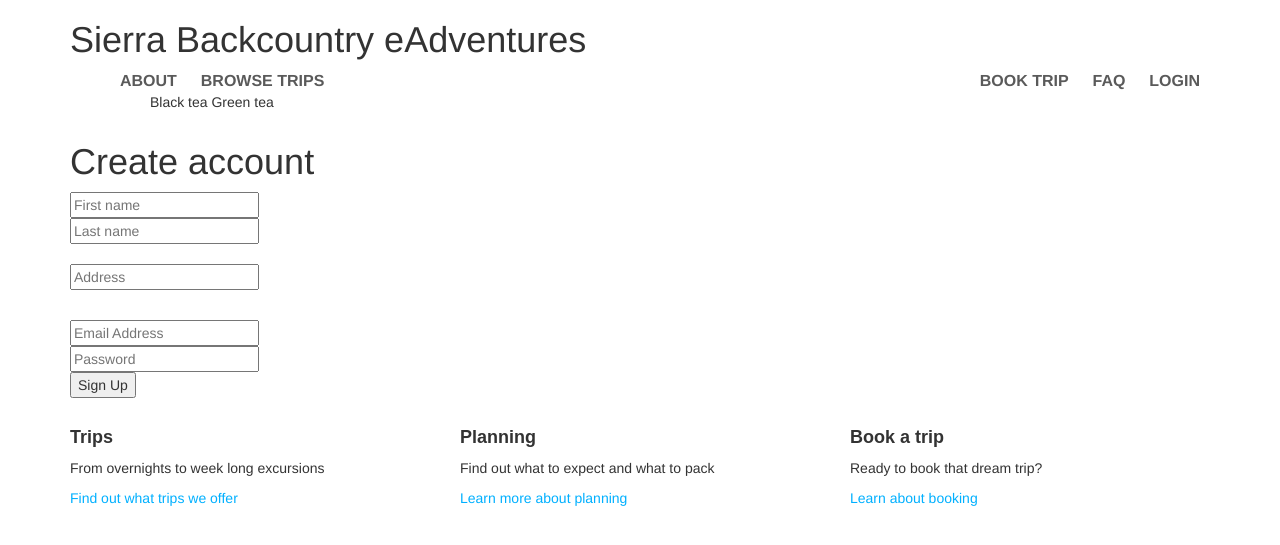
Repository: nageek17/eadventures
Page: http://localhost/register.php
The author's editor kept a record of every edit. The page is drawn from the files as they stood at one moment, then again after the next edit.
The browser window is 1280 px wide. The pictures show the whole page.
Some web libraries are served in a nearby version. The page is run by PHP 8.4 with error messages shown; the project is at /var/www/html/.

Above is the page before.
Console error (its wording comes from the project's code and is left out).

After the next edit:
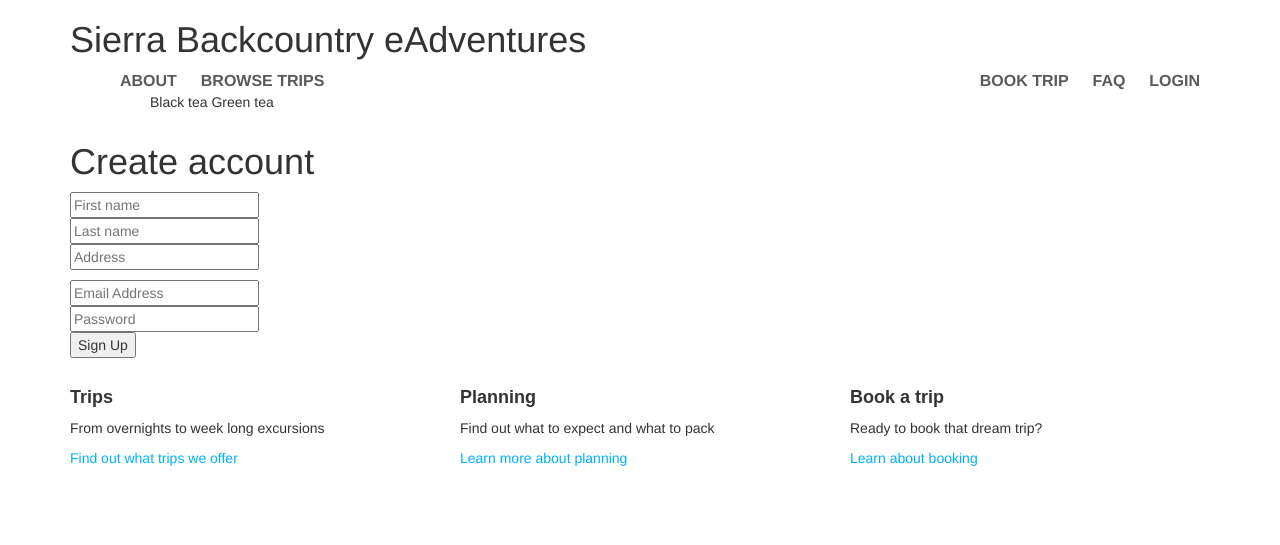
The edit:
--- a/register.php
+++ b/register.php
@@ -45,8 +45,8 @@
         <p>
         <form action="<?php echo htmlspecialchars($_SERVER["PHP_SELF"]);?>" method="post">
         <input type="text" name="first" class="reg" placeholder="First name"> <span class='red'> <?php echo $firstErr ?></span> <br>
-        <input type="text" name="last" class="reg" placeholder="Last name"> <span class='red'> <?php echo $firstErr ?></span> <br><br>
-        <input type="text" name="address" class="reg" placeholder="Address"> <span class='red'> <?php echo $firstErr ?></span> <br><br>
+        <input type="text" name="last" class="reg" placeholder="Last name"> <span class='red'> <?php echo $firstErr ?></span> <br>
+        <input type="text" name="address" class="reg" placeholder="Address"> <span class='red'> <?php echo $firstErr ?></span> <br>
         </p>
         <input type="text" name="email" class="reg" placeholder="Email Address"> <span class='red'> <?php echo $firstErr ?></span> <br>
         <input type="password" name="password" class="reg" placeholder="Password"><br>
